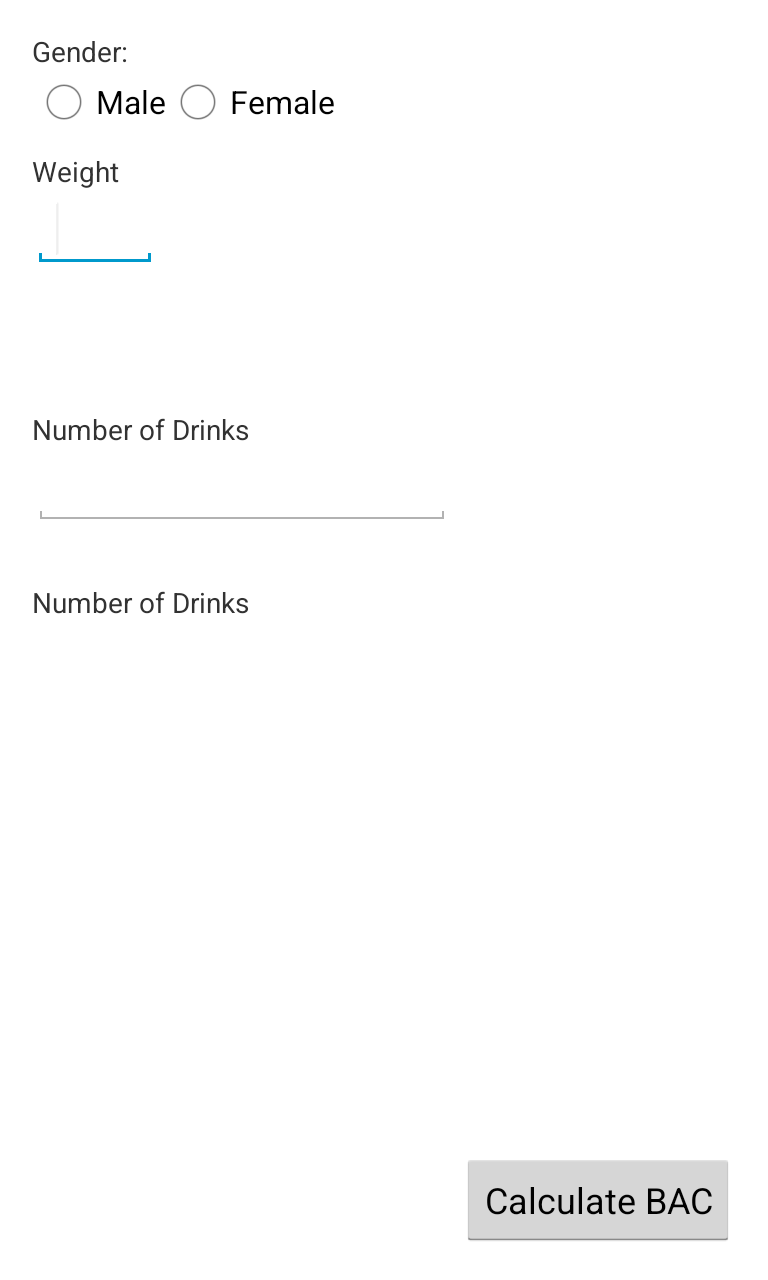
Repository: Sudoka/TBD
Layout: MyApp/res/layout/activity_bac.xml
These files come from the project's save history. The layout is drawn as it stood at one moment and after the next save; the edit follows.
It is drawn on a 768 x 1280 px phone screen (xhdpi) without system bars, with theme AppTheme; the app's code is not run.

Above is the layout before, as saved 2013-05-09 00:11:54.

### MyApp/res/layout/activity_bac.xml
<!-- TODO Write all strings into strings.xml for better MVC? -->

<RelativeLayout xmlns:android="http://schemas.android.com/apk/res/android"
    xmlns:tools="http://schemas.android.com/tools"
    android:layout_width="match_parent"
    android:layout_height="match_parent"
    android:paddingBottom="@dimen/activity_vertical_margin"
    android:paddingLeft="@dimen/activity_horizontal_margin"
    android:paddingRight="@dimen/activity_horizontal_margin"
    android:paddingTop="@dimen/activity_vertical_margin"
    tools:context=".BAC" >

    <TextView
        android:id="@+id/textView1"
        android:layout_width="wrap_content"
        android:layout_height="wrap_content"
        android:layout_alignParentLeft="true"
        android:layout_alignParentTop="true"
        android:text="Gender:" />

    <RadioGroup
        android:id="@+id/genderChooser"
        android:layout_width="fill_parent"
        android:layout_height="wrap_content"
        android:layout_alignLeft="@+id/textView1"
        android:layout_below="@+id/textView1"
        android:orientation="horizontal" >

        <RadioButton
            android:id="@+id/male"
            android:layout_width="wrap_content"
            android:layout_height="wrap_content"
            android:layout_marginBottom="138dp"
            android:text="Male" />

        <RadioButton
            android:id="@+id/female"
            android:layout_width="wrap_content"
            android:layout_height="wrap_content"
            android:text="Female" />
    </RadioGroup>

    <Button
        android:id="@+id/goBACButton"
        android:layout_width="wrap_content"
        android:layout_height="wrap_content"
        android:layout_alignParentBottom="true"
        android:layout_alignParentRight="true"
        android:onClick="goBACFinal"
        android:text="Calculate BAC" />

    <TextView
        android:id="@+id/textView2"
        android:layout_width="wrap_content"
        android:layout_height="wrap_content"
        android:layout_alignParentLeft="true"
        android:layout_below="@+id/radioButton1"
        android:layout_marginTop="60dp"
        android:text="Weight" />

    <EditText
        android:id="@+id/editWeight"
        android:layout_width="wrap_content"
        android:layout_height="wrap_content"
        android:layout_alignLeft="@+id/textView2"
        android:layout_below="@+id/textView2"
        android:ems="3"
        android:inputType="number" >

        <requestFocus />
    </EditText>

    <TextView
        android:id="@+id/TextView01"
        android:layout_width="wrap_content"
        android:layout_height="wrap_content"
        android:layout_alignLeft="@+id/editNumOfDrinks"
        android:layout_below="@+id/editNumOfDrinks"
        android:layout_marginTop="28dp"
        android:text="Number of Drinks" />

    <TextView
        android:id="@+id/NumDrinks"
        android:layout_width="wrap_content"
        android:layout_height="wrap_content"
        android:layout_alignLeft="@+id/genderChooser"
        android:layout_below="@+id/genderChooser"
        android:text="Number of Drinks" />

    <EditText
        android:id="@+id/editNumOfDrinks"
        android:layout_width="wrap_content"
        android:layout_height="wrap_content"
        android:layout_alignLeft="@+id/NumDrinks"
        android:layout_below="@+id/NumDrinks"
        android:ems="10"
        android:inputType="number" />

</RelativeLayout>

Loaded but not shown: MyApp/res/values/styles.xml (common file); MyApp/res/values-v11/styles.xml (common file); MyApp/res/values-v14/styles.xml (common file); MyApp/res/values/dimens.xml (common file)

After the next save:
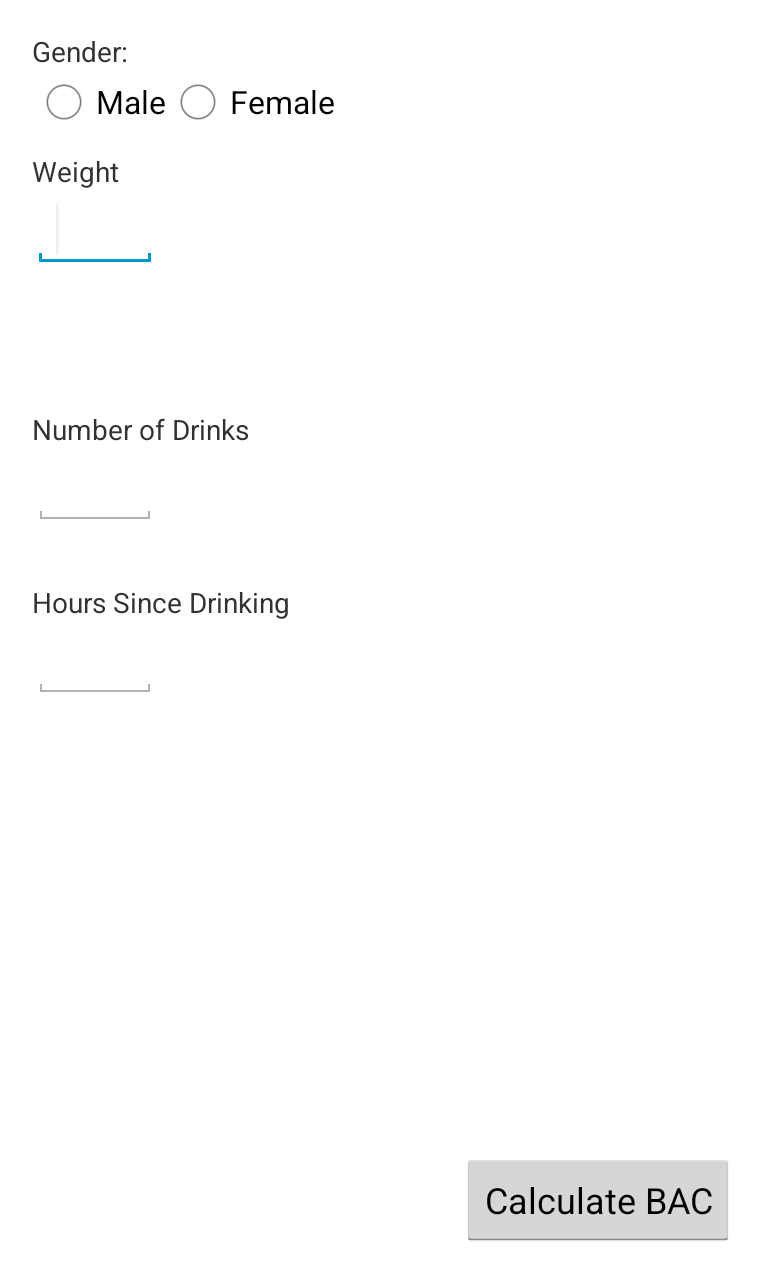
Saved 22 min 9 s later.
--- a/MyApp/res/layout/activity_bac.xml
+++ b/MyApp/res/layout/activity_bac.xml
@@ -71,13 +71,13 @@
     </EditText>
 
     <TextView
-        android:id="@+id/TextView01"
+        android:id="@+id/Hours"
         android:layout_width="wrap_content"
         android:layout_height="wrap_content"
         android:layout_alignLeft="@+id/editNumOfDrinks"
         android:layout_below="@+id/editNumOfDrinks"
         android:layout_marginTop="28dp"
-        android:text="Number of Drinks" />
+        android:text="Hours Since Drinking" />
 
     <TextView
         android:id="@+id/NumDrinks"
@@ -92,8 +92,19 @@
         android:layout_width="wrap_content"
         android:layout_height="wrap_content"
         android:layout_alignLeft="@+id/NumDrinks"
+        android:layout_alignRight="@+id/editWeight"
         android:layout_below="@+id/NumDrinks"
         android:ems="10"
         android:inputType="number" />
 
+    <EditText
+        android:id="@+id/EditHours"
+        android:layout_width="wrap_content"
+        android:layout_height="wrap_content"
+        android:layout_alignLeft="@+id/Hours"
+        android:layout_alignRight="@+id/editNumOfDrinks"
+        android:layout_below="@+id/Hours"
+        android:ems="10"
+        android:inputType="number" />
+
 </RelativeLayout>
